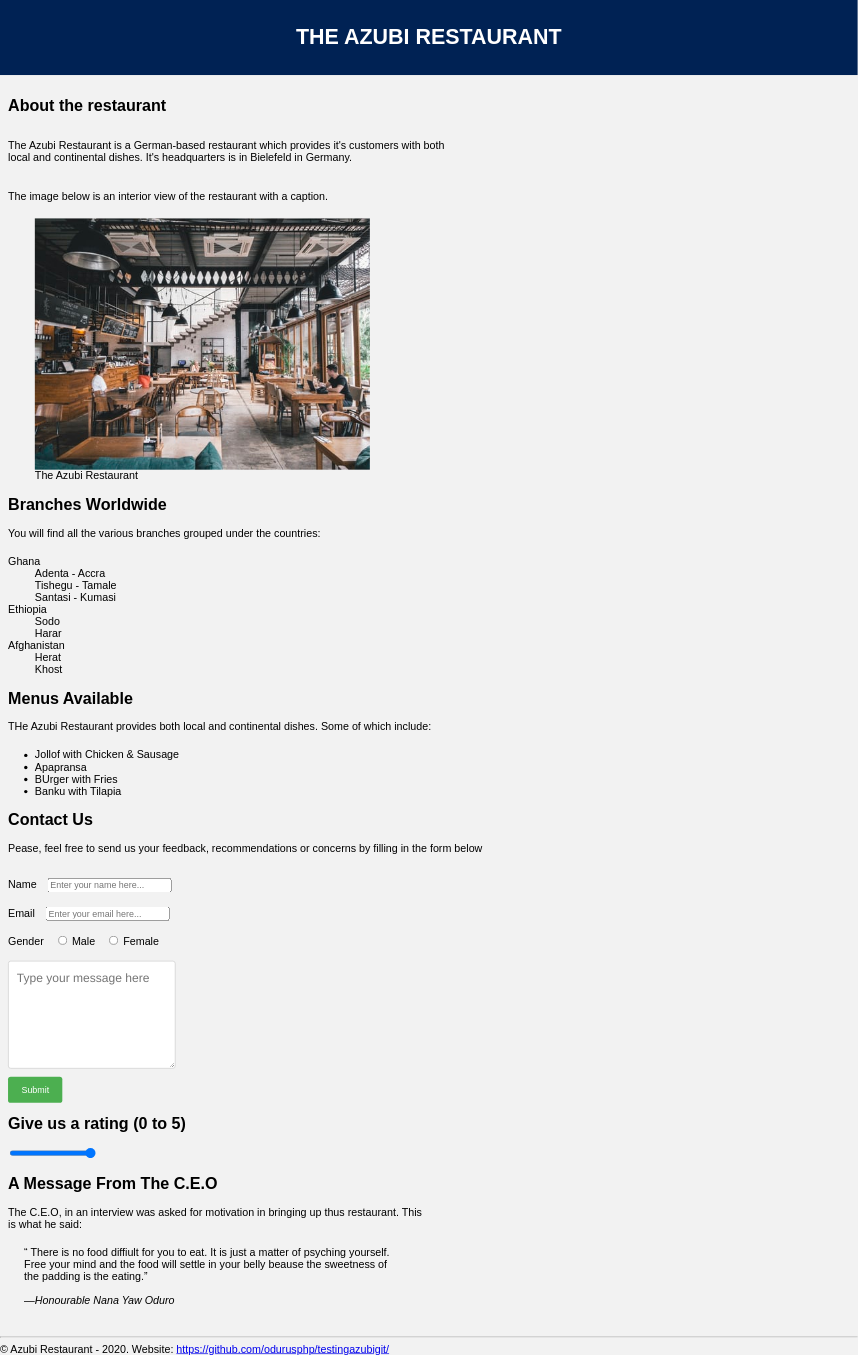
Repository: odurusphp/testingazubigit
Page: Fortune/FortunatusWulnye.html
These files come from the project's save history. The page is drawn as it stood at one moment and after the next save; the edit follows.
The browser window is 1280 px wide. The pictures show the whole page, at 67% of full size.

Above is the page before, as saved 2020-08-03 04:33:10.

After the next save:
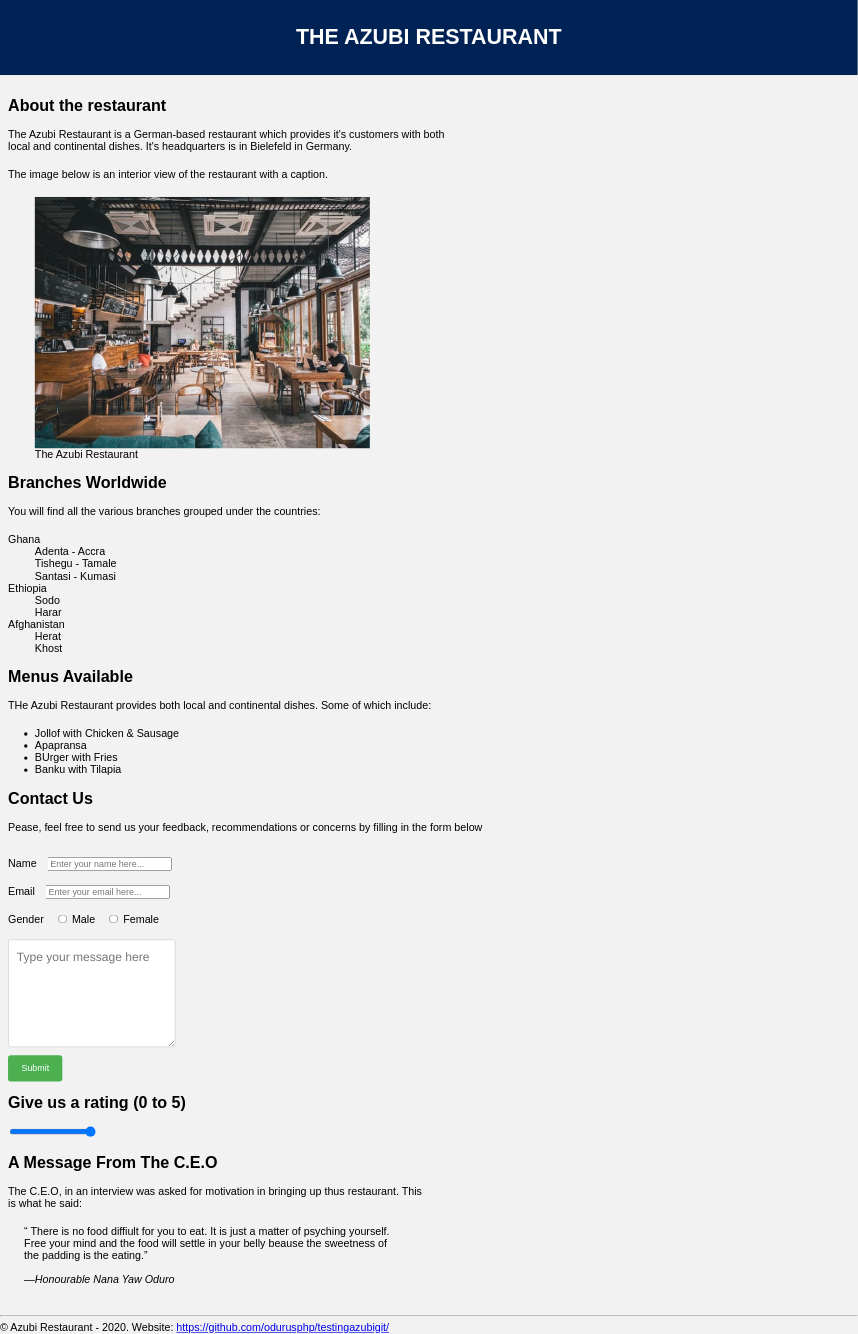
Saved 30 s later.
--- a/Fortune/css/style.css
+++ b/Fortune/css/style.css
@@ -33,7 +33,7 @@ Header styles
   display: flex;
 }
 
-.about {
+.about-text {
   display: flex;
   flex-direction: column;
   justify-content: center;
